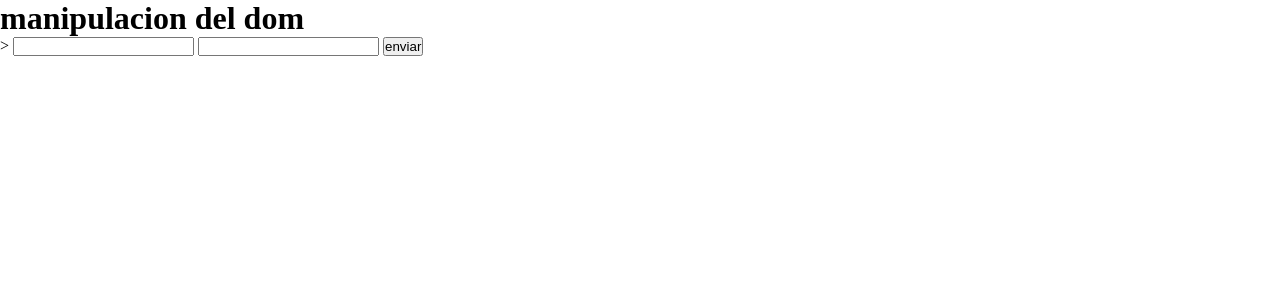
Repository: santig20/nuevo-curso-practico-de-js-platzi
Page: index.html
An editor plug-in stored every save of this project. The page is shown before and after a run of saves, followed by the edit.
The browser window is 1280 px wide. The pictures show the whole page.

Above is the page before, as saved 2022-07-25 11:09:08.

After the next 3 saves:
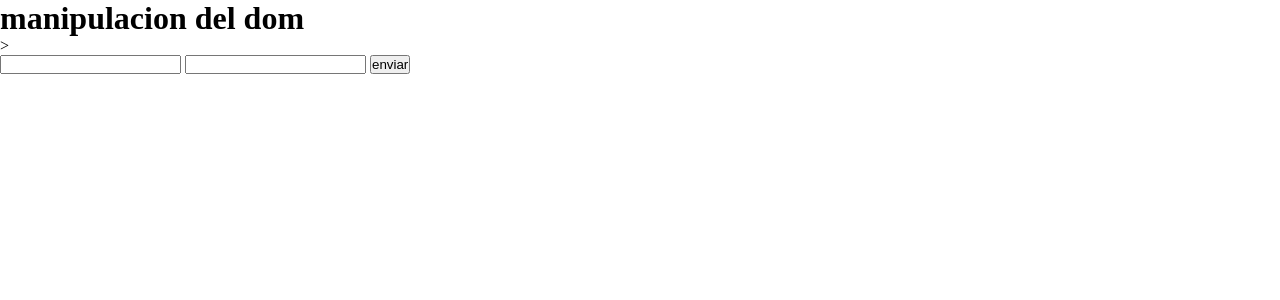
The 3 saves are shown as one change because they came seconds apart.
The last was saved 8 h 46 min later.
--- a/index.html
+++ b/index.html
@@ -16,6 +16,7 @@
 <p id="parrafo">hola</p>
 <input type="text">
 -->>
+<form action=""></form>
 <input id="calculo" type="number">
 <input  onchange="" id="calculo1">
 <button id="btn_calcular" >enviar</button>
